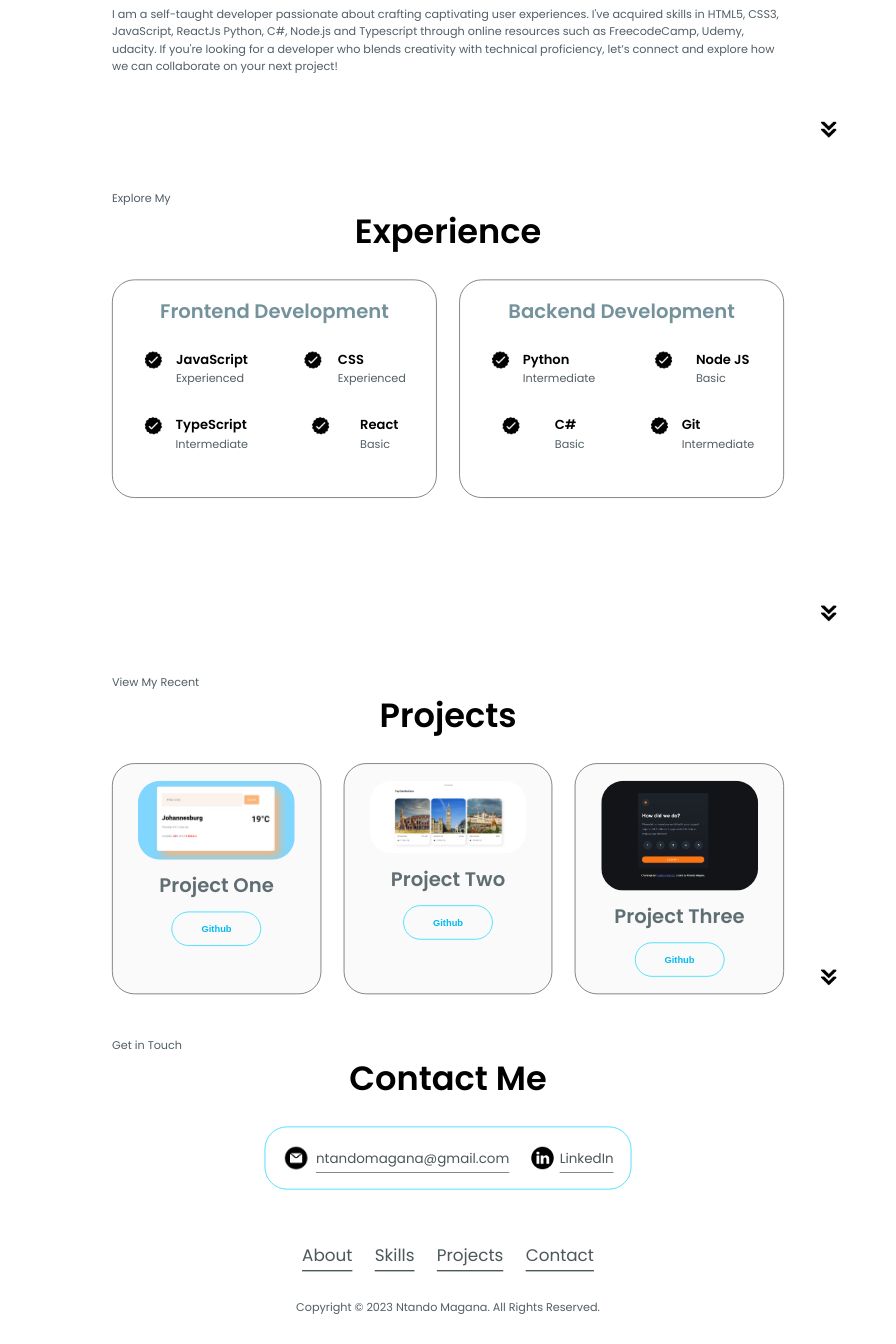
Repository: ntandomagana/FS-Dev-Portfolio
Page: index.html
The author's editor kept a copy of each file at every save. The page is drawn from the files as they stood at one save, then again after a run of saves.
The browser window is 1280 px wide. The pictures show the part of the page from y = 1265 to 3185 px (the page is 3185 px tall before and 3177 px after), at 70% of full size.

Above is the page before, as saved 2024-07-16 17:30:00.

### index.html
<!DOCTYPE html>
<html lang="en">
  <head>
    <meta charset="UTF-8" />
    <meta http-equiv="X-UA-Compatible" content="IE=edge" />
    <meta name="viewport" content="width=device-width, initial-scale=1.0" />
    <title>My Portfolio</title>
    <link rel="stylesheet" href="style.css" />
    <link rel="stylesheet" href="mediaqueries.css" />
  </head>
  <body>
    <nav id="desktop-nav">
      <div class="logo">Berry Codes</div>
      <div>
        <ul class="nav-links">
          <li><a href="#about">About</a></li>
          <li><a href="#experience">Skills</a></li>
          <li><a href="#projects">Projects</a></li>
          <li><a href="#contact">Contact</a></li>
        </ul>
      </div>
    </nav>
    <nav id="hamburger-nav">
      <div class="logo">Coding Berry</div>
      <div class="hamburger-menu">
        <div class="hamburger-icon" onclick="toggleMenu()">
          <span></span>
          <span></span>
          <span></span>
        </div>
        <div class="menu-links">
          <li><a href="#about" onclick="toggleMenu()">About</a></li>
          <li><a href="#experience" onclick="toggleMenu()">Skills</a></li>
          <li><a href="#projects" onclick="toggleMenu()">Projects</a></li>
          <li><a href="#contact" onclick="toggleMenu()">Contact</a></li>
        </div>
      </div>
    </nav>
    <section id="profile">
      <div class="section-pic-container">
        <img src="./assets/bwpp.jpg" alt="profile picture" />
      </div>
      <div class="section-text">
        <p class="section-text-p1">Hello there, I am</p>

        <h1 class="title"><span id="typed-text"></span></h1>

        <p class="section-text-p2">Frontend Developer</p>
        <div class="btn-container">
          <button
            class="btn btn-color-2"
            onclick="window.open('./assets/NP Magana - Frontend CV.pdf')"
          >
            Download CV
          </button>
          <button class="btn btn-color-1" onclick="location.href='./#contact'">
            Contact Info
          </button>
        </div>
        <div id="socials-container">
          <img
            src="./assets/linkedin.png"
            alt="My LinkedIn profile"
            class="icon"
            onclick="location.href='https://www.linkedin.com/in/ntandoyenkosi-magana-/'"
          />
          <!--

          <img
            src="./assets/icons8-twitterx-50.png"
            alt="My Twitter profile"
            class="icon"
            onclick="location.href='https://twitter.com/'"
          /> -->
          <img
            src="./assets/github.png"
            alt="My Github profile"
            class="icon"
            onclick="location.href='https://github.com/ntandomagana'"
          />
        </div>
      </div>
    </section>
    <section id="about">
      <p class="section__text__p1">Get To Know More</p>
      <h1 class="title">About Me</h1>
      <div class="section-container">
        <div class="about-details-container">
          <div class="about-containers">
            <div class="details-container">
              <img
                src="./assets/experience.png"
                alt="Experience icon"
                class="icon"
              />
              <h3>Experience</h3>
              <p>6 months <br />Frontend Development</p>
            </div>
            <div class="details-container">
              <img
                src="./assets/education.png"
                alt="Education icon"
                class="icon"
              />
              <h3>Education</h3>
              <p>BA(Hons) Public Management <br />University of Johannesburg</p>
            </div>
          </div>
          <div class="text-container">
            <p>
              I am a self-taught developer passionate about crafting captivating
              user experiences. I've acquired skills in HTML5, CSS3, JavaScript,
              ReactJs Python, C#, Node.js and Typescript through online
              resources such as FreecodeCamp, Udemy, udacity. If you're looking
              for a developer who blends creativity with technical proficiency,
              let’s connect and explore how we can collaborate on your next
              project!
            </p>
          </div>
        </div>
      </div>
      <img
        src="./assets/arrow.png"
        alt="Arrow icon"
        class="icon arrow"
        onclick="location.href='./#experience'"
      />
    </section>
    <section id="experience">
      <p class="section__text__p1">Explore My</p>
      <h1 class="title">Experience</h1>
      <div class="experience-details-container">
        <div class="about-containers">
          <div class="details-container">
            <h2 class="experience-sub-title">Frontend Development</h2>
            <div class="article-container">
              <article>
                <img
                  src="./assets/checkmark.png"
                  alt="Experience icon"
                  class="icon"
                />
                <div>
                  <h3>JavaScript</h3>
                  <p>Experienced</p>
                </div>
              </article>
              <article>
                <img
                  src="./assets/checkmark.png"
                  alt="Experience icon"
                  class="icon"
                />
                <div>
                  <h3>CSS</h3>
                  <p>Experienced</p>
                </div>
              </article>
              <article>
                <img
                  src="./assets/checkmark.png"
                  alt="Experience icon"
                  class="icon"
                />
                <div>
                  <h3>TypeScript</h3>
                  <p>Intermediate</p>
                </div>
              </article>
              <article>
                <img
                  src="./assets/checkmark.png"
                  alt="Experience icon"
                  class="icon"
                />
                <div>
                  <h3>React</h3>
                  <p>Basic</p>
                </div>
              </article>
              <article></article>
            </div>
          </div>
          <div class="details-container">
            <h2 class="experience-sub-title">Backend Development</h2>
            <div class="article-container">
              <article>
                <img
                  src="./assets/checkmark.png"
                  alt="Experience icon"
                  class="icon"
                />
                <div>
                  <h3>Python</h3>
                  <p>Intermediate</p>
                </div>
              </article>
              <article>
                <img
                  src="./assets/checkmark.png"
                  alt="Experience icon"
                  class="icon"
                />
                <div>
                  <h3>Node JS</h3>
                  <p>Basic</p>
                </div>
              </article>
              <article>
                <img
                  src="./assets/checkmark.png"
                  alt="Experience icon"
                  class="icon"
                />
                <div>
                  <h3>C#</h3>
                  <p>Basic</p>
                </div>
              </article>
              <article>
                <img
                  src="./assets/checkmark.png"
                  alt="Experience icon"
                  class="icon"
                />
                <div>
                  <h3>Git</h3>
                  <p>Intermediate</p>
                </div>
              </article>
            </div>
          </div>
        </div>
      </div>
      <img
        src="./assets/arrow.png"
        alt="Arrow icon"
        class="icon arrow"
        onclick="location.href='./#projects'"
      />
    </section>
    <section id="projects">
      <p class="section__text__p1">View My Recent</p>
      <h1 class="title">Projects</h1>
      <div class="experience-details-container">
        <div class="about-containers">
          <div class="details-container color-container">
            <div class="article-container">
              <img
                src="./assets/weather-app.png"
                alt="Project 1"
                class="project-img"
              />
            </div>
            <h2 class="experience-sub-title project-title">Project One</h2>
            <div class="btn-container">
              <button
                class="btn btn-color-2 project-btn"
                onclick="location.href='https://github.com/ntandomagana/meteo-shecodes'"
              >
                Github
              </button>
            </div>
          </div>
          <div class="details-container color-container">
            <div class="article-container">
              <img
                src="./assets/travel-website.png"
                alt="Project 2"
                class="project-img"
              />
            </div>
            <h2 class="experience-sub-title project-title">Project Two</h2>
            <div class="btn-container">
              <button
                class="btn btn-color-2 project-btn"
                onclick="location.href='https://github.com/ntandomagana/travel-website'"
              >
                Github
              </button>
            </div>
          </div>
          <div class="details-container color-container">
            <div class="article-container">
              <img
                src="./assets/interactive-comp.png"
                alt="Project 3"
                class="project-img"
              />
            </div>
            <h2 class="experience-sub-title project-title">Project Three</h2>
            <div class="btn-container">
              <button
                class="btn btn-color-2 project-btn"
                onclick="location.href='https://github.com/ntandomagana/e-commerce-website'"
              >
                Github
              </button>
            </div>
          </div>
        </div>
      </div>
      <img
        src="./assets/arrow.png"
        alt="Arrow icon"
        class="icon arrow"
        onclick="location.href='./#contact'"
      />
    </section>
    <section id="contact">
      <p class="section__text__p1">Get in Touch</p>
      <h1 class="title">Contact Me</h1>
      <div class="contact-info-upper-container">
        <div class="contact-info-container">
          <img
            src="./assets/email.png"
            alt="Email icon"
            class="icon contact-icon email-icon"
          />
          <p>
            <a href="mailto:ntandomagana@gmail.com">ntandomagana@gmail.com</a>
          </p>
        </div>
        <div class="contact-info-container">
          <img
            src="./assets/linkedin.png"
            alt="LinkedIn icon"
            class="icon contact-icon"
          />
          <p><a href="https://www.linkedin.com">LinkedIn</a></p>
        </div>
      </div>
    </section>
    <footer>
      <nav>
        <div class="nav-links-container">
          <ul class="nav-links">
            <li><a href="#about">About</a></li>
            <li><a href="#experience">Skills</a></li>
            <li><a href="#projects">Projects</a></li>
            <li><a href="#contact">Contact</a></li>
          </ul>
        </div>
      </nav>
      <p>Copyright &#169; 2023 Ntando Magana. All Rights Reserved.</p>
    </footer>
    <script src="script.js"></script>
  </body>
</html>

### style.css
@import url("https://fonts.googleapis.com/css2?family=Poppins:wght@300;400;500;600&display=swap");

* {
  margin: 0;
  padding: 0;
}

body {
  font-family: "Poppins", sans-serif;
}

html {
  scroll-behavior: smooth;
}

p {
  color: #515d65;
}

section {
  margin-bottom: 2px;
}

a,
.btn {
  transition: all 300ms ease;
}

nav,
.nav-links {
  display: flex;
}

nav {
  justify-content: space-around;
  align-items: center;
  height: 17vh;
}

.nav-links {
  gap: 2rem;
  list-style-type: none;
  font-size: 1.5rem;
}

a {
  color: rgb(76, 87, 90);
  text-decoration: underline;
  text-underline-offset: 0.8rem;
  text-decoration-color: rgb(76, 87, 90);
}

.logo {
  font-size: 2rem;
}

.logo:hover {
  cursor: default;
}

#hamburger-nav {
  display: none;
}

.hamburger-menu {
  position: relative;
  display: inline-block;
}

.hamburger-icon {
  display: flex;
  flex-direction: column;
  justify-content: space-between;
  height: 24px;
  width: 30px;
  cursor: pointer;
}



.hamburger-icon span {
  width: 100%;
  height: 2px;
  background-color: rgb(76, 87, 90);
  transition: all 0.3 ease-in-out;
}

.menu-links {
  position: absolute;
  top: 100%;
  right: 0;
  background-color: white;
  width: fit-content;
  max-height: 0;
  overflow: hidden;
  transition: all 0.3 ease-in-out;
}

.menu-links a {
  display: block;
  padding: 10px;
  text-align: center;
  font-size: 1.5rem;
  color: rgb(76, 87, 90);
  text-decoration: none;
  transition: all 0.3 ease-in-out;
}

.menu-links li {
  list-style-type: none;
}

.menu-links.open {
  max-height: 300px;
}

.hamburger-icon.open span:first-child {
  transform: rotate(45deg) translate(10px, 5px);
}

.hamburger-icon.open span:nth-child(2) {
  opacity: 0;
}

.hamburger-icon.open span:last-child {
  transform: rotate(-45deg) translate(10px, -5px);
}

.hamburger-icon span:first-child {
  transform: none;
}

.hamburger-icon span:first-child {
  opacity: 1;
}

.hamburger-icon span:first-child {
  transform: none;
}

section {
  padding-top: 4vh;
  height: 96vh;
  margin: 0 10rem;
  box-sizing: border-box;
  min-height: fit-content;
}

.section-container {
  display: flex;
}

#profile {
  display: flex;
  justify-content: center;
  gap: 5rem;
  height: 80vh;
}

.section-pic-container {
  display: flex;
  height: 400px;
  width: 400px;
  margin: auto 0;
}

.section-text {
  align-self: center;
  text-align: center;
}

.section-text p {
  font-weight: 600;
}

.section-text-p1 {
  text-align: center;
}

.section-text-p2 {
  font-size: 1.75rem;
  margin-bottom: 1rem;
}

.title {
  font-size: 3rem;
  text-align: center;
}

#socials-container {
  display: flex;
  justify-content: center;
  margin-top: 1rem;
  gap: 1rem;
}

.icon {
  cursor: pointer;
  height: 2rem;
}

/* BUTTONS */

.btn-container {
  display: flex;
  justify-content: center;
  gap: 1rem;
}

.btn {
  font-weight: 600;
  transition: all 300ms ease;
  padding: 1rem;
  width: 8rem;
  border-radius: 2rem;
}

.btn-color-1,
.btn-color-2 {
  border:rgb(76, 87, 90) 0.1rem solid;
}

.btn-color-1:hover,
.btn-color-2:hover {
  cursor: pointer;
}

.btn-color-1,
.btn-color-2:hover {
  background: rgb(76, 87, 90);
  color: white;
}

.btn-color-1:hover {
  background: rgb(76, 87, 90);
}

.btn-color-2 {
  background: none;
}

.btn-color-2:hover {
  border: rgb(76, 87, 90) 0.2rem solid;
}

.btn-container {
  gap: 1rem;
}

/* ABOUT SECTION */

#about {
  position: relative;
}

.about-containers {
  gap: 2rem;
  margin-bottom: 2rem;
  margin-top: 2rem;
}

.about-details-container {
  justify-content: center;
  flex-direction: column;
}

.about-containers,
.about-details-container {
  display: flex;
}

.arrow {
  position: absolute;
  right: -5rem;
  bottom: 2.5rem;
}

.details-container {
  padding: 1.5rem;
  flex: 1;
  background: white;
  border-radius: 2rem;
  border: rgb(76, 87, 90) 0.1rem solid;
  border-color: rgb(76, 87, 90);
  text-align: center;
}

.section-container {
  gap: 4rem;
  height: 80%;
}

.section__pic-container {
  height: 400px;
  width: 400px;
  margin: auto 0;
}

/* EXPERIENCE SECTION */

#experience {
  position: relative;
}

.experience-sub-title {
  color: rgb(115, 146, 155);
  font-weight: 600;
  font-size: 1.75rem;
  margin-bottom: 2rem;
}

.experience-details-container {
  display: flex;
  justify-content: center;
  flex-direction: column;
}

.article-container {
  display: flex;
  text-align: initial;
  flex-wrap: wrap;
  flex-direction: row;
  gap: 2.5rem;
  justify-content: space-around;
}

article {
  display: flex;
  width: 10rem;
  justify-content: space-around;
  gap: 0.5rem;
}

article .icon {
  cursor: default;
}

/* PROJECTS SECTION */

#projects {
  position: relative;
}

.color-container {
  border-color: rgb(76, 87, 90);
  background: rgb(250, 250, 250);
}

.project-img {
  border-radius: 2rem;
  width: 90%;
  height: 90%;
}

.project-title {
  margin: 1rem;
  color: #5f6e73;
}

.project-btn {
  color: #00bbf0;
  border-color: rgb(18, 217, 252);
}

/* CONTACT */

#contact {
  display: flex;
  justify-content: center;
  flex-direction: column;
  height: 70vh;
}

.contact-info-upper-container {
  display: flex;
  justify-content: center;
  border-radius: 2rem;
  border: rgb(16, 220, 242) 0.1rem solid;
  border-color: rgb(19, 211, 250);
  background: (250, 250, 250);
  margin: 2rem auto;
  padding: 0.5rem;
}

.contact-info-container {
  display: flex;
  align-items: center;
  justify-content: center;
  gap: 0.5rem;
  margin: 1rem;
}

.contact-info-container p {
  font-size: larger;
}

.contact-icon {
  cursor: default;
}

.email-icon {
  height: 2.5rem;
}

footer {
  height: 26vh;
  margin: 0 1rem;
}

footer p {
  text-align: center;
}

/* Add this CSS to your existing style.css or create a new style tag in the head of your HTML */

/* Bold, underline, and bubble effect for the logo */
.logo {
  font-weight: bold;
  text-decoration: wavy;
  display: inline-block;
  position: relative;
  border: 8px solid #1ea5ff; /* Adjust the border thickness and color as needed */
  padding: 6px; /* Adjust the padding as needed */
}

.logo::after {
  content: "";
  position: absolute;
  width: 100%;
  height: 0;
  bottom: 0;
  left: 0;
  opacity: 0;
  border-bottom: 2px solid #fff;
  animation: bubble 0.5s infinite ease-in-out;
}

@keyframes bubble {
  0% {
    height: 0;
    opacity: 0;
  }
  50% {
    height: 100%;
    opacity: 1;
  }
  100% {
    height: 0;
    opacity: 0;
  }
}

### mediaqueries.css
@media screen and (max-width: 1400px) {
    #profile {
        height: 83vh;
        margin-bottom: 6rem;
    }

    .about-containers {
        flex-wrap: wrap;
    }

    #contact,
    #projects {
        height: fit-content;
    }
}

@media screen and (max-width: 1200px) {
    #desktop-nav {
        display: none;
    }

    #hamburger-nav {
        display: flex;
    }

    #experience,
    .experience-details-container {
        margin-top: 2rem;

    }

    #profile,
    .section-container {
        display: block;
    }

    .arrow {
        display: none;
    }

    section,
    .section-container {
        height: fit-content;
    }

    section {
        margin: 0.5%;
    }

    .section-pic-container {
        width: 27spx;
        height: 275px;
        margin: 0 auto 2rem;
    }

    .about-containers {
        margin-top: 0;
    }
}

@media screen and (max-width:600px) {
    #contact,
    footer {
        height: 40vh;
    }

    #profile {
        height: 38vh;
        margin-bottom: 0;
    }

    article {
        font-size: 1rem;
    }

    footer nav {
        height: fit-content;
        margin-bottom: 2rem;
    }
    .about-containers,
    .contact-info-upper-container,
    .btn-container {
    flex-wrap: wrap;
  }

  .contact-info-container {
    margin: 0;
  }

  .contact-info-container p,
  .nav-links li a {
    font-size: 1rem;
  }

  .experience-sub-title {
    font-size: 1.25rem;
  }
  .logo {
    font-size: 1.5rem;
  }
  .nav-links {
    flex-direction: column;
    gap: 0.5rem;
    text-align: center;
  }
  .section__pic-container {
    width: auto;
    height: 46vw;
    justify-content: center;
  }
  .section__text__p2 {
    font-size: 1.25rem;
  }
  .title {
    font-size: 2rem;
  }
  .text-container {
    text-align: justify;
  }
}
}

### script.js
function toggleMenu() {
  const menu = document.querySelector(".menu-links");
  const icon = document.querySelector(".hamburger-icon");
  menu.classList.toggle("open");
  icon.classList.toggle("open");
}

//Javascript for looped typing effect
const typedText = document.getElementById("typed-text");
const textToType = 'Ntando Magana';

function typeText() {
  let index = 0;

  function type() {
    if (index < textToType.length) {
      typedText.innerHTML += textToType.charAt(index);
      index++;
      setTimeout(type, 200); // typing speed in milliseconds
    } else {
      setTimeout(erase, 300); // wait before erasing
    }
  }

  function erase() {
    if (typedText.innerHTML.length > 0) {
      typedText.innerHTML = typedText.innerHTML.slice(0, -1);
      setTimeout(erase, 300); //erasing speed in ms
    } else {
      index = 0; //Reset index for next typing cycle
      setTimeout(type, 200); // wait before typing again
    }
  }

  type(); // start typing
}

window.onload = typeText;

After the next 2 saves:
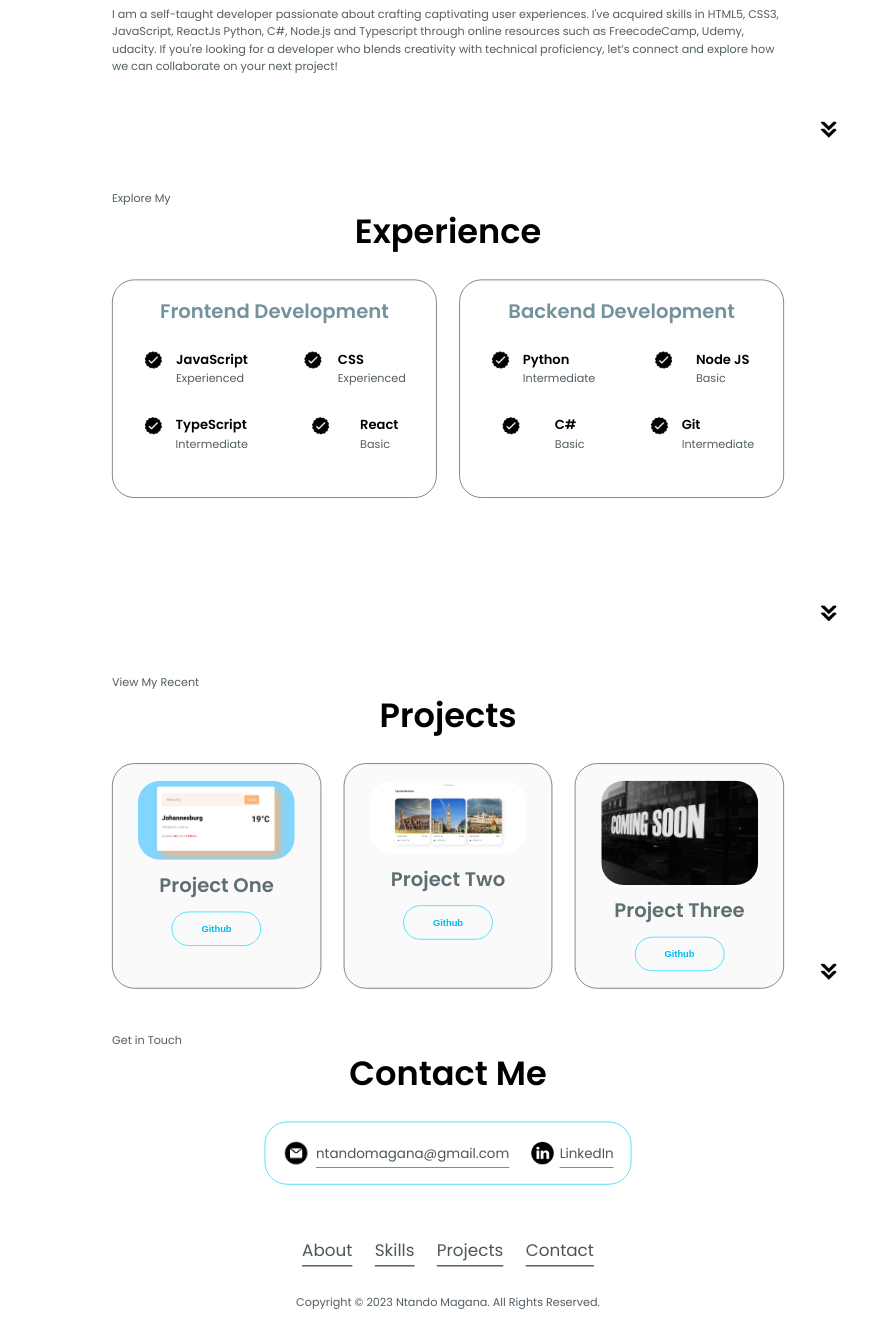
The 2 saves are shown as one change because they came seconds apart.
The last was saved 74 min 55 s later.
--- a/index.html
+++ b/index.html
@@ -283,7 +283,7 @@
           <div class="details-container color-container">
             <div class="article-container">
               <img
-                src="./assets/interactive-comp.png"
+                src="./assets/coming soon.jpg"
                 alt="Project 3"
                 class="project-img"
               />
